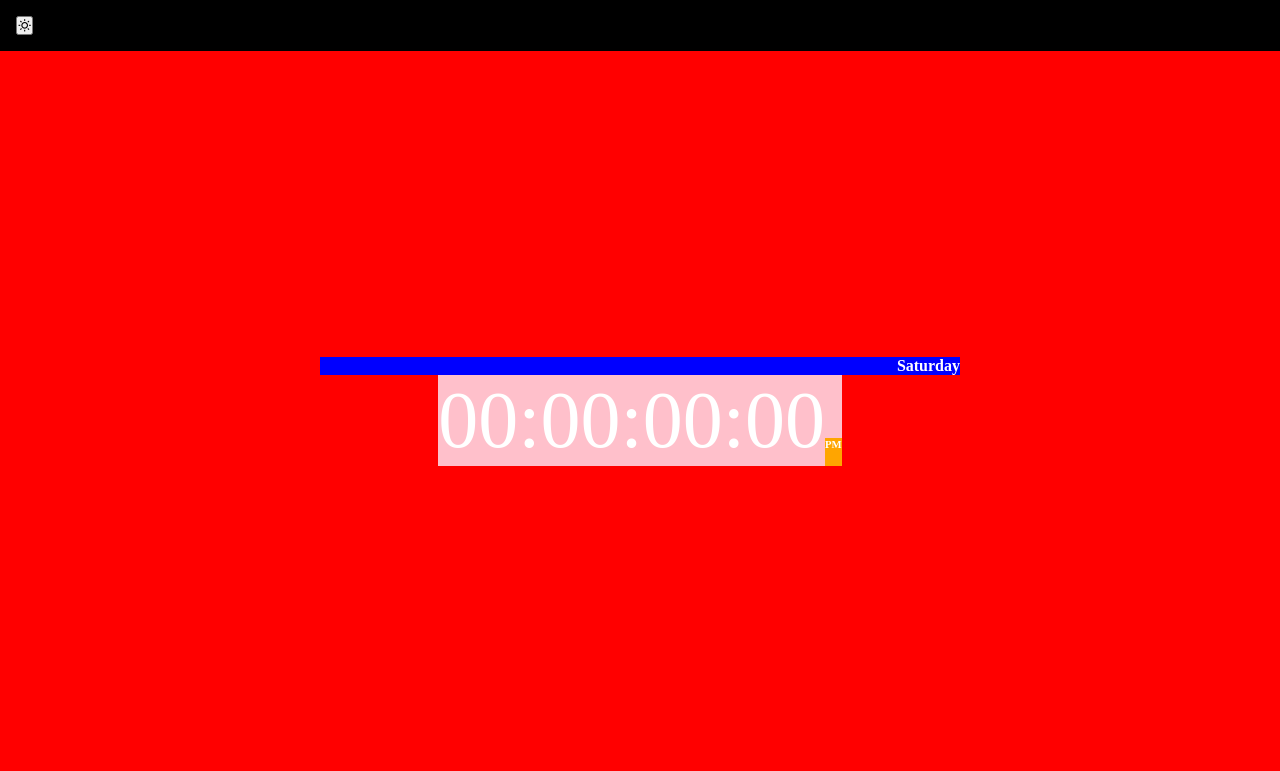
Repository: EguJaredoBoyd/Jared-Digital-Clock
Page: index.html
These files come from the project's save history. The page is drawn as it stood at one moment and after the next save; the edit follows.
The browser window is 1280 px wide. The pictures show the whole page.
Some web libraries are served in a nearby version.

Above is the page before, as saved 2026-01-03 23:34:16.

### index.html
<!DOCTYPE html>
<html lang="en">
  <head>
    <meta charset="UTF-8" />
    <meta name="viewport" content="width=device-width, initial-scale=1.0" />
    <link rel="stylesheet" href="./css/styles.css" />
    <link
      href="https://cdn.jsdelivr.net/npm/remixicon@4.8.0/fonts/remixicon.css"
      rel="stylesheet"
    />
    <title>Document</title>
  </head>
  <body>
    <header>
      <button><i class="ri-sun-line"></i></button>
    </header>

    <div class="watch-container">
      <div class="watch-container__day">
        <h4>Saturday</h4>
      </div>
      <div class="watch-container__time">
        <p>00:00:00:00</p>
        <h6>PM</h6>
      </div>
    </div>
  </body>
</html>

### css/styles.css
* {
  margin: 0;
  padding: 0;
}

html {
  font-size: 16px;
}

body {
  background-color: black;
  color: white;
}

header {
  padding: 1rem;
}

.watch-container {
  background-color: red;
  display: flex;
  flex-direction: column;
  justify-content: center;
  align-items: center;
  height: 100vh;
  width: 100vw;
}

.watch-container__day {
  background-color: blue;
  width: 50vw;
  display: flex;
  justify-content: end;
}

.watch-container__time {
  background-color: pink;
  display: flex;
}

.watch-container__time p {
  font-size: 5rem;
}

.watch-container__time h6 {
  background-color: orange;
  align-self: self-end;
  padding-bottom: 1rem;
}

After the next save:
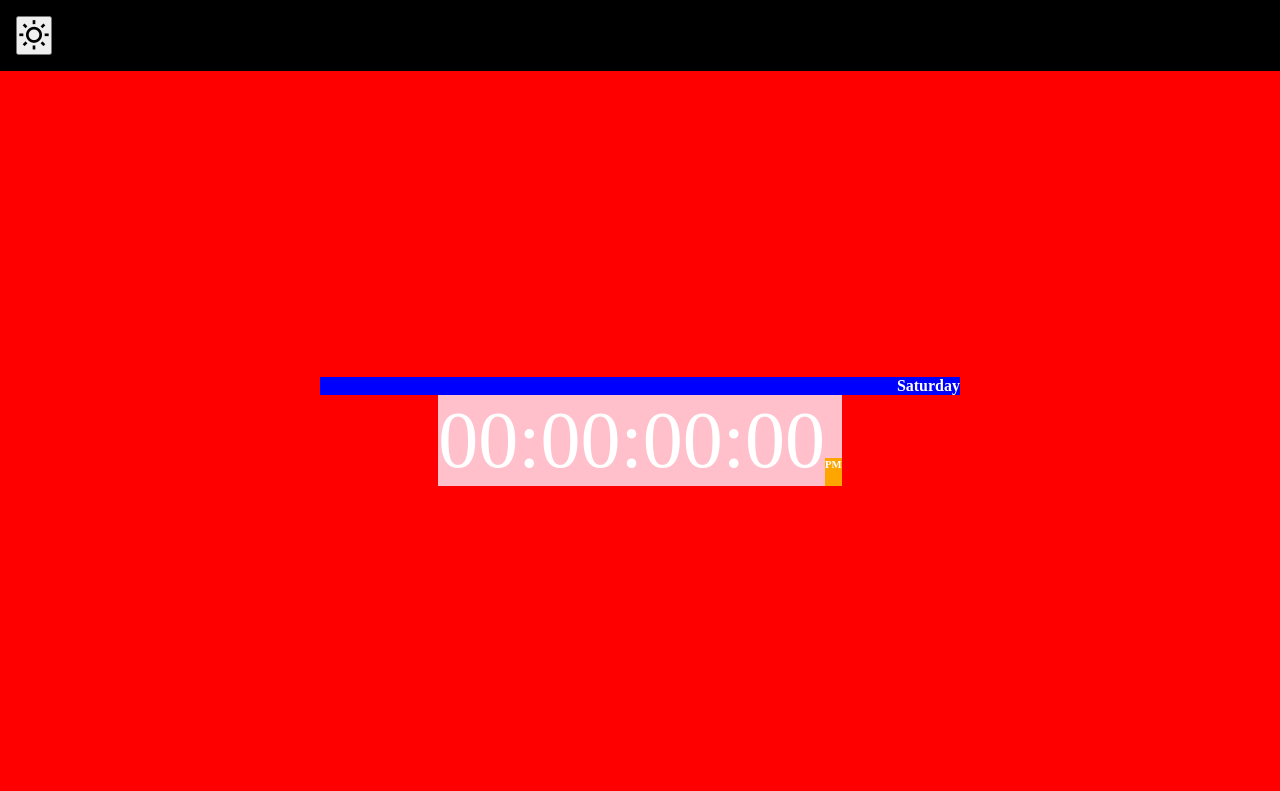
Saved 36 s later.
--- a/css/styles.css
+++ b/css/styles.css
@@ -14,6 +14,10 @@ body {
 
 header {
   padding: 1rem;
+}
+
+header button i {
+  font-size: 2rem;
 }
 
 .watch-container {
